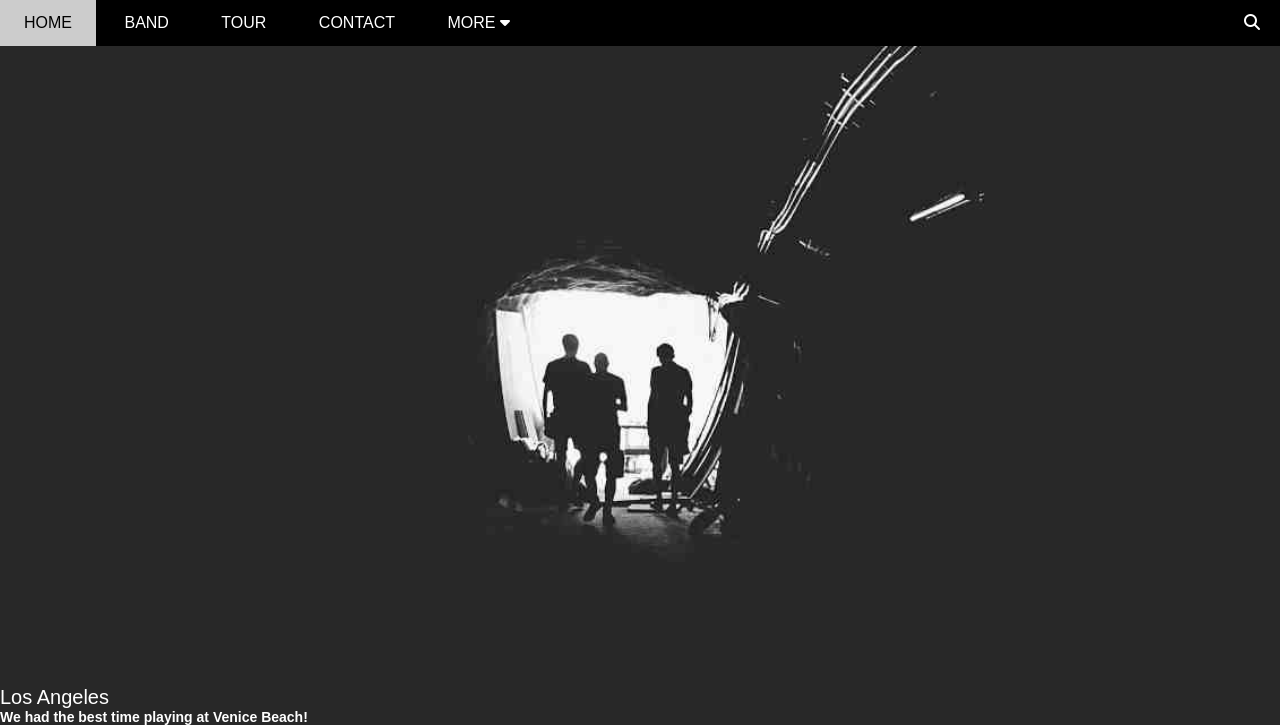
Repository: TranPhucThinh/clone-the-band
Page: index.html
The author's editor kept a copy of each file at every save. The page is drawn from the files as they stood at one save, then again after the next save.
The browser window is 1280 px wide. The pictures show the whole page.
Some web libraries are served in a nearby version.

Above is the page before, as saved 2022-08-04 00:15:52.

### index.html
<!DOCTYPE html>
<html lang="en">

<head>
    <meta charset="UTF-8">
    <meta http-equiv="X-UA-Compatible" content="IE=edge">
    <meta name="viewport" content="width=device-width, initial-scale=1.0">

    <title>The Band</title>

    <link rel="stylesheet" href="./assets/style.css">
    <link rel="stylesheet" href="https://cdnjs.cloudflare.com/ajax/libs/font-awesome/6.1.2/css/all.min.css">
</head>

<body>
    <div id="main">

        <div id="header">
            <ul id="nav">
                <li><a href="">Home</a></li>
                <li><a href="">Band</a></li>
                <li><a href="">Tour</a></li>
                <li><a href="">Contact</a></li>
                <li>
                    <a href="">
                        More
                        <i class="fa-solid fa-caret-down"></i>
                    </a>

                    <ul class="subnav">
                        <li><a href="">Merchandise</a></li>
                        <li><a href="">Extras</a></li>
                        <li><a href="">Media</a></li>
                    </ul>
                </li>
            </ul>

            <div class="search-btn">
                <i class="fa-solid fa-magnifying-glass"></i>
            </div>
        </div>

        <div id="slider">
            <div class="text-slider">
                <div class="slider-heading">Los Angeles</div>
                <div class="slider-title">We had the best time playing at Venice Beach!</div>
            </div>
        </div>

        <div id="content">

        </div>

        <div id="footer">

        </div>

    </div>
</body>

</html>

### assets/style.css
* {
  padding: 0;
  margin: 0;
  box-sizing: border-box;
}

html {
  font-family: Arial, Helvetica, sans-serif;
}

#header {
  height: 46px;
  background-color: #000;
  position: fixed;
  top: 0;
  right: 0;
  left: 0;
}

#nav {
  display: inline-block;
}

#nav > li {
  display: inline-block;
}

#nav li {
  position: relative;
}

#nav > li > a {
  color: #fff;
  text-transform: uppercase;
}

#nav li a {
  line-height: 46px;
  padding: 0 24px;
  display: inline-block;
  text-decoration: none;
}

#nav > li:hover > a,
.subnav li:hover a {
  color: #000;
  background-color: #ccc;
}

#nav .subnav {
  display: none;
  position: absolute;
  background-color: #fff;
  box-shadow: 3px 3px 10px 0px #ccc;
}

#nav li:last-child:hover .subnav {
  display: block;
}

#nav li:last-child:hover .fa-caret-down {
  color: #000;
}

#nav .subnav li {
  list-style-type: none;
}

#nav .subnav a {
  color: #000;
  display: block;
  line-height: 40px;
  padding: 0 32px;
}

#header .fa-solid {
  color: #fff;
}

.search-btn {
  float: right;
  line-height: 46px;
  padding: 0 20px;
}

.search-btn:hover {
  background-color: red;
  cursor: pointer;
}

#slider {
  background-color: #fff;
  margin-top: 46px;
  padding-top: 50%;
  background: url('/assets/imgs/la.jpg') top center / cover no-repeat;
}

#slider .text-slider {
  color: #fff;
}

#slider .slider-heading {
  font-size: 20px;
}

#slider .slider-title {
  font-size: 14px;
  font-weight: 700;
}

After the next save:
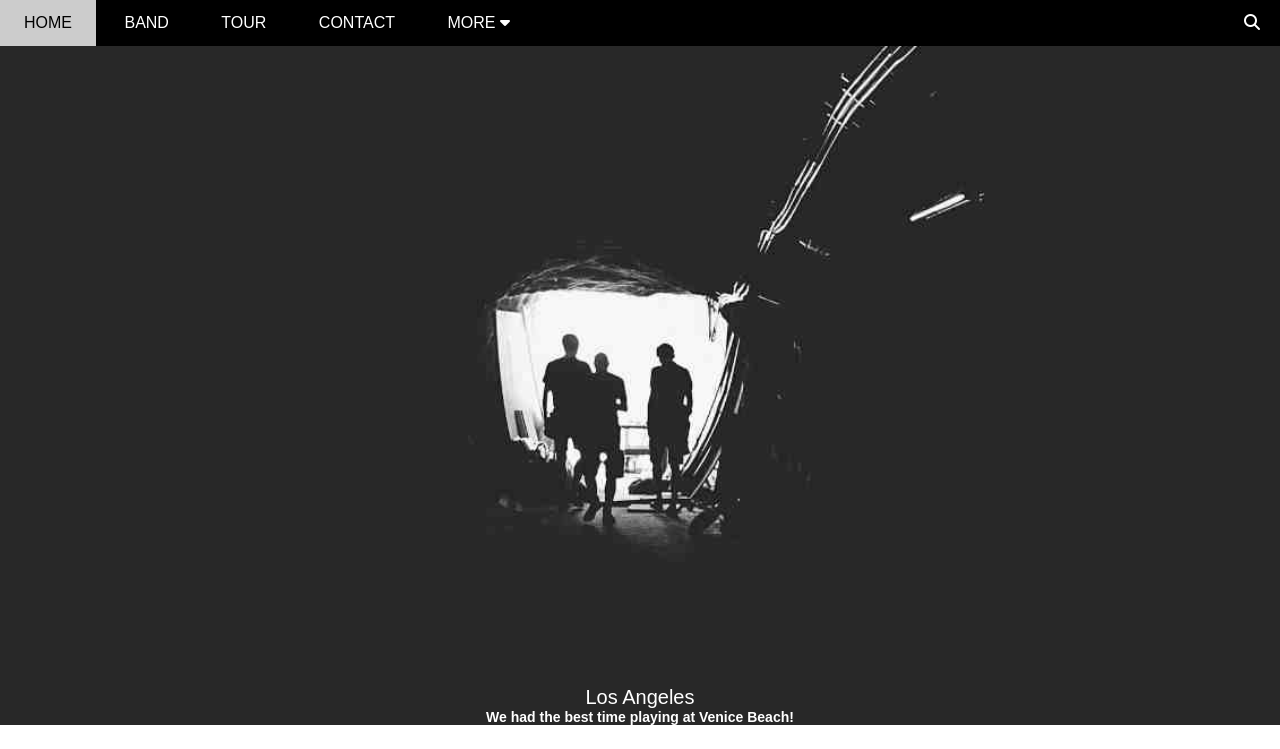
Saved 49 s later.
--- a/assets/style.css
+++ b/assets/style.css
@@ -97,6 +97,8 @@ html {
 
 #slider .text-slider {
   color: #fff;
+  text-align: center;
+  margin-bottom: 24px;
 }
 
 #slider .slider-heading {
